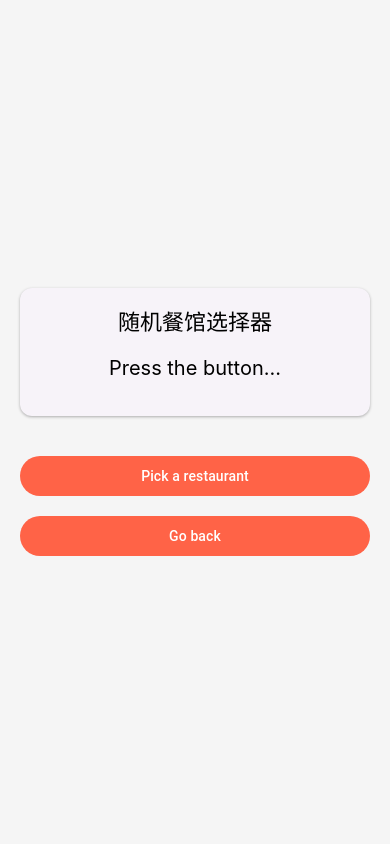
Repository: RidenShogunei/react-native-liveapp
Page: /Res (app in LiveTool/)
The author's editor kept a copy of each file at every save. The page is drawn from the files as they stood at one save, then again after the next save.
The browser window is 390 px wide. The pictures show the whole page.
The page's requests for data from a server got no answer. The app was drawn by React Native's web renderer in a window 390 px wide. The project was rebuilt for these pictures with package versions that can differ from the ones it lists, and the page was loaded fresh each time. No one was signed in, and anything a server would have sent is missing.

Above is the page before, as saved 2024-05-12 12:53:55.

After the next save:
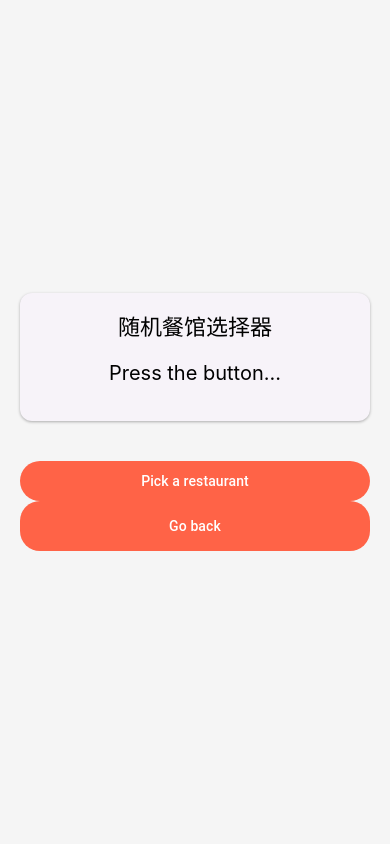
Saved 15 s later.
--- a/LiveTool/pages/chooseRestaurant.tsx
+++ b/LiveTool/pages/chooseRestaurant.tsx
@@ -40,7 +40,7 @@
       <Button mode="contained" onPress={selectRestaurant} style={styles.button}>
         Pick a restaurant
       </Button>
-      <Button mode="contained" color="#841584"  onPress={() => navigation.navigate('Main')} style={styles.button}>
+      <Button mode="contained" color="#841584"  onPress={() => navigation.navigate('Main')} style={{height: 50, justifyContent: 'center',}}>
         Go back
       </Button>
     </View>

After the 2 saves that followed:
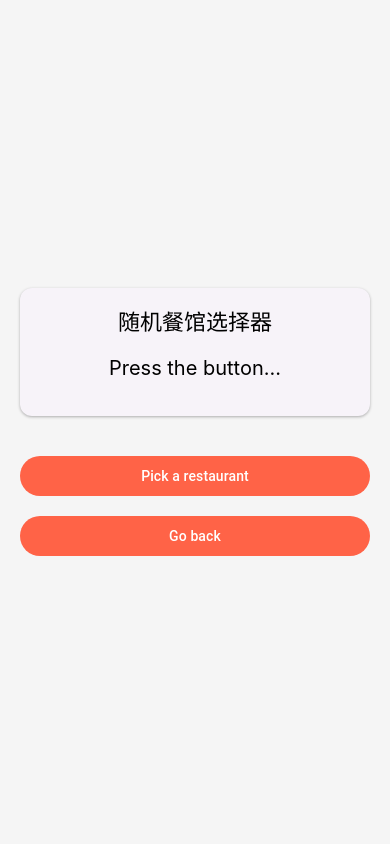
The 2 saves are shown as one change because they came seconds apart.
The last was saved 7 s later.
--- a/LiveTool/pages/chooseRestaurant.tsx
+++ b/LiveTool/pages/chooseRestaurant.tsx
@@ -40,7 +40,7 @@
       <Button mode="contained" onPress={selectRestaurant} style={styles.button}>
         Pick a restaurant
       </Button>
-      <Button mode="contained" color="#841584"  onPress={() => navigation.navigate('Main')} style={{height: 50, justifyContent: 'center',}}>
+      <Button mode="contained"  onPress={() => navigation.navigate('Main')} style={styles.button}>
         Go back
       </Button>
     </View>
